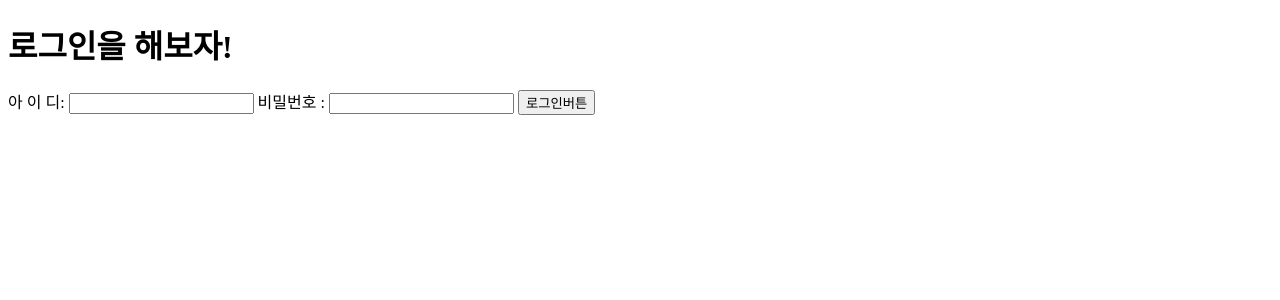
Repository: sejun98/sosobordgameJSP
Page: http://localhost/singup/login_form.jsp
These files come from the project's save history. The page is drawn as it stood at one moment and after the next save; the edit follows.
The browser window is 1280 px wide. The pictures show the whole page.
Some web fonts or font styles are not loaded; a fallback is used. The page is served by Tomcat 9.

Above is the page before, as saved 2022-10-07 06:30:08.

### singup/src/main/webapp/login_form.jsp
<%@ page language="java" contentType="text/html; charset=UTF-8"
    pageEncoding="UTF-8"%>
<%@ page import="java.sql.*" %>
<%@ page import="java.text.*" %>
<%@ page import="java.util.*, java.lang.*"  %>
<!DOCTYPE html>
<html>
<head>
<meta charset="UTF-8">
<title>로그인 폼</title>


</head>
<body>
<h1>로그인을 해보자!</h1>
<%
	String name = (String)session.getAttribute("name");
	if(name == null) {
%>
	<form action="<%= request.getContextPath() %>/login_pro.jsp" method="post">
		아 이 디: <input type="text" name="id">
		비밀번호 : <input type="password" name="pw">
		<input type="submit" value="로그인버튼">
	</form>
<%
	} else {
			%>
		<%= name %>님 로그인 중
		<a href="<% request.getContextPath(); %> logout.jsp">로그아웃</a>
		<%
	}
%>
</body>
</html>

### singup/src/main/webapp/css/style.css
@charset "UTF-8";

header {
	width: 100%;
}

#header_top {
	float: right;
}
#header_top ul li {
	float: left;
	padding: 13px;
	padding-left: 0;
	line-height: 1;
}
#header_top ul li:nth-child(1) a{
	border-right: solid 1px;
	border-color: #E0E0E0;
	margin: 0px;
}
#header_top ul li:nth-child(2) a{
	margin-right: 0;
	border-right: solid 1px;
	border-color: #E0E0E0;
	margin: 0px;
}

#header_top ul li a {
	display: block;
	margin-right: 65px;
	padding-right: 10px;
}
header #logo {
	clear: both;
	text-align: center;
	margin-bottom: 20px;
}
.header_menu {
	width:100%;
	height: 60px;
	border-top: solid 2px;
}
.header_menu ul li {
	float: left;
	margin-left: 13%;
}
.header_menu ul li a {
	display: block;
	padding: 12px 0px 10px 0px;
	font-size: 20px;
	font-family: 'Nanum Gothic', sans-serif;
}
.header_menu ul li .bold:hover {
	font-weight:bold;
}
.header_menu ul li:nth-child(5) {
	float: left;
}
.header_menu_bar{
	width: 75%;
	margin: 0 auto;

}
/*header end //----------------------------*/
/*menu*/
#menu { width: 100%;}
#top {
	background-image: url(../images/top1_03.png);
	width: 107px;height: 133px;
	position: fixed;
	right: 2%; bottom: 50px;
	z-index: 999;
}
#menu #menu_img {
	margin: 0 auto;
	background-image: url(../images/design_in2dex_02_02.jpg);
	background-repeat: no-repeat;
	width: 100%; height: 509px;
	color: white;
}
.menu_box_txt {
	width: 17%;height: 509px;
	float: right;
	margin-right: 12%;
	background-color: #6b6b6b;
	position: relative;
}
.big_img_icon1 {
 background-image: url(../images/design_inde2_03.jpg);
 width: 49px;height: 41px;
 position: absolute;
	left: 38px;top: 55px;
}
.menu_img_txt {
	position: absolute;
	top: 58px; left: 120px;
	font-size: 24px;
	font-weight: 600;
}
.menu_img_txt a {
	color: white;
}
.big_img_icon2 {
	background-image: url(../images/design_inde2_06.jpg);
	position: absolute;
	top: 164px;left: 42px;
	width: 50px;height: 46px;
}
.t2 {
	position: absolute;
	top: 170px; left: 145px;
}
.big_img_icon3 {
	background-image: url(../images/design_inde2_10.jpg);
	position: absolute;
	left: 38px;top: 263px;
	width: 55px;height: 55px;
}
.t3 {
	position: absolute;
	top: 270px; left: 130px;
}
.t4 {
	position: absolute;
	top: 400px;	left: 50px;
	padding: 15px 25px 15px 25px;
	border:  2px solid white;
	border-radius: 20px;
	color: white;
}
#menu .container {
	width: 1200px;
	margin: 0 auto;
}
.img_go {
	width: 100%;
	height: 300px;
	margin: 0 auto;
}
.img_go1 {
	width: 580px; height: 185px;
	background-color: #DDDDDD;
	float: left;
	margin-right: 19px;
	margin-top: 30px;
	text-align: center;
}
.img_go1_blg {
	width: 353px; height: 185px;
	background-color: #DCDCDC;
	position: relative;
	float: left;
}

.img_go1_h3 {
	padding-top: 20px;
	font-size: 28px;
	color: #404040;
}
.h33 {
	position: relative;
	bottom:15px;
	padding: 0;
}
.img_go1:nth-child(2) h3{
	margin-bottom: 10px;
}
.img_go_box {
	padding: 10px 25px 10px 25px;
	border:  2px solid #404040;
	border-radius: 20px;
	width: 150px;
	font-size: 26px;
	position: absolute;
	bottom: 10px;right: 70px;
}
.img_go2 {
	width: 579px; height: 185px;
	background-color: #747474;
	float: right;
	margin-left: 19px;
	margin-top: 30px;
	text-align: center;
}
.img_go_img {
	width: 226px; height: 185px;
	background-image: url(../images/design_index_09.jpg);
	float: left;
}

.b2 {
	background-color: #7C7C7C;
}
.b2 .img_go1_h4 {
	padding-top: 20px;
	font-size: 28px;
	color: white;
}
.img_go1_h44 {
	position: relative;
	bottom:15px;
	font-size: 28px;
	color: white;
}
.img_go_box2 {
	padding: 6px 12px 6px 12px;
	border:  2px solid #fff;
	border-radius: 20px;
	width: 150px;
	font-size: 22px;
	margin-left: 26%;
	color: white;
}
.img_go_img2 {
	width: 226px; height: 185px;
	background-image: url(../images/design_index_11.jpg);
	float: left;
}
/*img_go !------------------*/
.kr_txt_m {
	margin-left: 50%;
	transform: translateX( -50%);
	width: 440px;height: 105px;
	position: relative;
}
#kr {
	width: 100%;height: 665px;
}
.kr_txt {
	font-size: 36px;
	color: #404040;
	line-height: 40px;
}
.kr_txt2 {
	font-size: 47px;
	position: absolute;
	bottom: 0;
	color: #404040;
}
.kr_box1 {
	width: 482px; height: 261px;
	background-color: #d7e093;
	float: left;
	font-size: 28px;
	position: relative;
	text-align: center;
}
.kr_box1_b {
	margin-top: 30px;
	width: 257px; height: 90px;
	float: left;
	position: relative;
}

.kr_box1 a p{
	position: absolute;
	bottom: 10px; left: 75px;
}
.kr_box1 a{
	color: #2C2C2C;
}
.kr_box2 a{
	color: #2C2C2C;
}
.kr_box3 a{
	color: #2C2C2C;
}
.kr_box1_img {
	background-image: url(../images/design_index_16.jpg);
	width: 155px; height: 220px;
	margin: 20px 35px 20px 35px;
	float: right;
}
.kr_box1 p{
line-height: 1;
}
.bang {
	font-size: 62px;
	font-weight: bold;
}
.kr_box2 {
	width: 718px;height: 522px;
	background-color:#dc8c90;
	float: right;
	font-size: 28px;
}
.kr_box2_b {
	margin-top: 60px;
	width: 206px; height: 400px;
	text-align: center;
	position: relative;
	padding-right: 20px;
	border-right:solid 1px black;
	float: left;
}
.kr_box2 p{

	position: absolute;
	top: 32px;left: 24px;
}
.jenga {
	margin-top: 130px;
	position: relative;
	/* bottom: 410px;  */
	left: 40px;
	float: left;
	font-size: 63px;
}
.kr_box2_img {
	background-image: url(../images/design_genga.png);
	background-size:contain;
	float: right;
	margin-top: 150px; margin-right: 30px;
	width: 350px; height: 350px;
}
.kr_box3 {
	width: 482px; height: 261px;
	background-color:  #c0cbef;
	float: left;
	font-size: 28px;
	text-align: center;
}
.kr_box3_b {
	margin-top: 30px;
	width: 257px; height: 90px;
	float: left;
	position: relative;
	float: left;
}
.kr_box3_b p {
	line-height: 1;
}
.kr_box3 a p {
	position: absolute;
	bottom: 10px; left: 75px;
}
.kr_box3_img {
	background-image: url(../images/design_index_23.jpg);
	width: 166px; height: 224px;
	margin: 18px 23px 18px 35px;
	float: right;
}
.rume {
	font-size: 41px;
	font-weight: bold;
	width: 257px; height: 80px;
	margin-top: 30px;
	float: left;
}
/**kr emd-----------------------------**/
#md_bar {
	background-image: url(../images/img/design_index_16_27_02.jpg);
	background-repeat: no-repeat;
	background-size: 100%;
	width: 100%; height: 356px;
	color: #e9e9e9;
	position: relative;
	margin-bottom: 60px;
}
.md_bar_txt {
	padding-top: 114px;
	text-align: center;
	font-size: 44px;
}
.soso {
	font-size: 25px;
	position: relative;
}
.soso_title_wja {
	background-image: url(../images/design_inde12321321x_03.jpg);
	width: 4px;height: 4px;
	position: absolute;
	top: -8px;right: 17px;
}
.soso_title_wja2 {
	background-image: url(../images/design_inde12321321x_03.jpg);
	width: 4px;height: 4px;
	position: absolute;
	top: -8px;right: 40px;
}
.md_bar_txt2 {
	text-align: center;
	font-size: 57px;
	margin-top: -30px;
}
/**md bar end-------**/
.off_box {
	width: 1200px; height: 780px;
}
.off_box ul li {
		color:#e9e9e9;
		font-size: 30px;
}
.off_box ul li:nth-child(1) div{
	font-size: 50px;
}
.off_box1 {
	background-image: url(../images/img/design_index_16_30.jpg);
	width: 700px; height: 415px;
	float: left;
	margin-right: 10px;
	margin-top: 1px;
	position: relative;
}
.off_box1 div {
	position: absolute;
	top: 20px;left: 40px;
}
.off_box2 {
	background-image: url(../images/img/design_index_16_33.jpg);
	width: 490px;height: 289px;
	float: right;
	margin-top: 117px;
	margin-bottom: 10px;
	position: relative;
}
.off_box2 div {
	position: absolute;
	top: 15px;left: 27px;
}
.off_box3 {
	background-image: url(../images/img/design_index_16_38.jpg);
	width: 221px;height: 260px;
	float: left;/**Pizza**/
	margin-top: 20px;
	position: relative;
}
.off_box3 div {
	position: absolute;
	top: 15px;left: 27px;
}
.off_box4 {
	background-image: url(../images/img/design_index_16_40.jpg);
	width: 442px;height: 260px;
	float: left;
	margin-top: 20px;
	margin-left: 18px;
	position: relative;
}
.off_box4 div {
	position: absolute;
	top: 15px;left: 27px;
}
.off_box5 {
	background-image: url(../images/img/design_index_16_37.jpg);
	width: 500px;height: 280px;
	float: right;
	position: relative;
}
.off_box5 div {
	position: absolute;
	top: 15px;left: 27px;
}
/**/
.newbord_title {
	font-size: 48px;
	text-align: center;
	position: relative;
}
.newbord_title_wja{
	background-image: url(../images/img/design_index_03.jpg);
	width: 4px;height: 4px;
	background-repeat: no-repeat;
	position: absolute;
	top: 18px;left:481px;
}
.newbord_title_wja2{
	background-image: url(../images/img/design_index_03.jpg);
	width: 4px;height: 4px;
	background-repeat: no-repeat;
	position: absolute;
	top: 18px;left:517px;
}
.newbord_title2 {
	font-size: 32px;
}
.newbord {
	width: 100%; height: 660px;
	background-color: #e1e1e1;
	float: left;
}
.newbord_intitle {
	font-size: 30px;
	text-align: center;
	margin-top: 15px;
}
.newbord_intitle p {
	margin-top: -15px;
	margin-bottom: 50px;
}
/*boxboxboxbox*/
.newebord_box1 {
	width: 206px; height: 327px;
	background-color: white;
	margin-left: 10.4%;
	float: left;
}
.newebord_box1:nth-child(1) {
	margin-left: 0%;
}
.newebord_box1:nth-child(4) {
	float: right;
}
.newbord_box_m {
	width: 1200px; height: 400px;
	margin: 0 auto;
}
.newbord_box1_txt {
	margin-top: 5px;
	margin-bottom: 30px;
	font-size: 17px;
	text-align: center;
	font-weight: 500;
}
.newbord_box1_img2 {
	background-image: url(../images/img/design_index_16_60.jpg);
	width: 49px; height: 45px;
	margin-left: 30px;
	float: left;
	margin-right: 20px;
}
.newbord_box1_p {
	font-size: 16px;
	margin-top: -3px;
	font-weight: bold;
}
.p2 {
	font-size: 13px;
	color: #8d8d8d;
	margin-top: 0;
	text-decoration: line-through;
}
.newbord ul li:nth-child(2) img{
	margin-left: 30px;
}
.newbord_box1_txt p{
	margin-top: -7px;
}
.regular_box_kr{
	width: 220px;
	height: 380px;
	background-color: white;
}
.boxtxt2 {
	margin-bottom: 10px;
}
.newbord ul li:nth-child(2) .newbord_box1_txt {
	margin-bottom: 5px;
}
/*newbord end----------------------------------*/

.down_box {
	width: 100%;
	height: 296px;
	background-color: #CDFFC3;
	float: left;
}
.down_box_img {
	background-image: url(../images/User_dow.jpg);
	background-repeat: no-repeat;
	width: 50%;height: 300px;
	float: left;
}
.down_box_txt {
	color: white;
	font-size: 35px;
	text-align: center;
	margin-top: 60px;
	position: relative;
}
.down_soso {
	font-size: 20px;
}
.down_soso span:before {
	content: "•";
	color: #dc3434;
	font-size: 1em;
	position: relative;
	left: 19px;
	top: -20px;
}
.down_sosos{
	font-size: 20px;
}
.down_sosos span:before {
	content: "•";
	color: #f7f549;
	font-size: 1em;
	position: relative;
	left: 19px;
	top: -20px;
}
.down_soso_img {
	background-image: url(../images/design_inde22x_08.jpg);
	width: 4px;height: 4px;
	position: absolute;
	left: 313px; top: 15px;
}
.down_soso_img2 {
	background-image: url(../images/design_inde22x_08.jpg);
	width: 4px;height: 4px;
	position: absolute;
	left: 333px; top: 15px;
}
.down_box_txt p {
	margin-top: -25px;
	font-size: 45px;
}
.down_box_txt .pp2{
	line-height: 46px;
	font-size: 20px;
}
.search {
	width: 421px;
	position: relative;
	margin-left: 50%;
	transform: translateX(-50%);
}
.inputbox {
	float: left;
	font-size: 18px;
	color: #ebebeb;
	padding-left: 10px;
	background-color: rgba(255,255,255,0);
	border: solid 5px #ebebeb;
	width: 421px; height: 46px;
	margin-top: 10px;


}
.search .inputbox_button{
	position: absolute;
	top: 20px;right: -13px;
	background-color: transparent;
}



.down_title {
	margin-top: 20px;
	width: 200px; height: 50px;
	background-color: #fff;
	border-radius: 50px;
	margin-left: 50%;
	transform: translateX(-50%);
	color: #000;
	font-size: 20px;
	font-weight: bold;
	line-height: 50px;

}
.down_title:hover {
	background-color: #646464;
	color: #F0F0F0
}
/*footer start*/
.footer_box {
	width: 100%; height: 218px;
	background-color: #262626;
	clear: both;
	color: #bfbfbf;
}
.footer_title {
	padding-top: 10px;
	font-size: 35px;
	text-align: center;
	margin-top: 60px;
	position: relative;
}
.footer_title span {
	font-size: 20px;
}
.footer_txt {
	font-size: 14px;
	text-align: center;
	line-height: 25px;
}
.footer_title_wja {
	background-image: url(../images/design_indexdd_03.jpg);
	width: 4px;height: 4px;
	background-repeat: no-repeat;
	float: left;
	position: absolute;
	top: -8px;right: 13px;
}
.footer_title_wja2 {
	background-image: url(../images/design_indexdd_03.jpg);
	width: 4px;height: 4px;
	background-repeat: no-repeat;
	float: left;
	position: absolute;
	top: -8px;right: 32px;
}

#susu {
	position: relative;
}

#rjatk {
	float: left;
}

/*Slick*/
 .slider {
        width: 50%;
        margin: 0 auto;
    }

    .slick-slide {
      margin: 0px 20px;
    }

    .slick-slide img {
      width: 90%;
      margin: 0 auto;
      padding-top: 5%;
    }

    .slick-prev:before,
    .slick-next:before {
      color: black;
    }


    .slick-slide {
      transition: all ease-in-out .3s;
      opacity: 1;
    }

    .slick-active {
      opacity: 1;
    }

    .slick-current {
      opacity: 1;
    }
    /*slick*/

### singup/src/main/webapp/css/reset.css
*{
 margin:0;
 padding:0;
 border:none;
 	list-style:none;
	text-decoration: none;
	font-family: 'Nanum Gothic', sans-serif;
	font-family: noto,notojp,notokr,Helvetica
	,Microsoft YaHei,Apple SD Gothic Neo,Malgun Gothic,
	"\B9D1\C740 \ACE0\B515",Dotum,\\B3CB\C6C0,sans-serif;
}

/*여백초기화*/
body, div, dl, dd, dt, ul, li, ol, h1, h2, h3, h4, h5, h6, form, legend, textarea, select, fieldset, p, button {margin: 0; padding: 0;}

/*링크 초기화 */
a { color: #273743; text-decoration: none; }
a:hover { color: #000000; }

/*폰트초기화 */
body, input, textarea, select, button, table {line-height: 1.7} /*나눔고딕은 크로스브라우져에 가장 적합 */

/*h태그 초기화 */
h1, h2, h3, h4, h5, h6 { font-size: 12px; font-weight: normal; }

/*목록태그 초기화*/
li, ol, ul {list-style: none;}

/*ir*/

.ir { width: 0; height: 0; font-size: 0; line-height: 0; overflow: hidden; position: absolute; left: 0; top: 0; }
.cursor {
	cursor:pointer;
}
.down_title:hover {
	background-color: #646464;
	color: #F0F0F0
}

### singup/src/main/webapp/css/slick.css
/* Slider */
.slick-slider
{
    position: relative;

    display: block;
    box-sizing: border-box;
}

.slick-list
{
    position: relative;

    display: block;
    overflow: hidden;

    margin: 0;
    padding: 0;
}
.slick-list:focus
{
    outline: none;
}
.slick-list.dragging
{
    cursor: pointer;
}

.slick-slider .slick-track,
.slick-slider .slick-list
{

}

.slick-track
{
    position: relative;
    top: 0;
    left: 0;

    display: block;
    margin-left: auto;
    margin-right: auto;
}
.slick-track:before,
.slick-track:after
{
    display: table;

    content: '';
}
.slick-track:after
{
    clear: both;
}
.slick-loading .slick-track
{
    visibility: hidden;
}

.slick-slide
{
    display: none;
    float: left;

    height: 100%;
    min-height: 1px;
}
[dir='rtl'] .slick-slide
{
    float: right;
}
.slick-slide img
{
    display: block;
}
.slick-slide.slick-loading img
{
    display: none;
}
.slick-initialized .slick-slide
{
    display: block;
}
.slick-loading .slick-slide
{
    visibility: hidden;
}
.slick-vertical .slick-slide
{
    display: block;

    height: auto;

    border: 1px solid transparent;
}
.slick-arrow.slick-hidden {
    display: none;
}

### singup/src/main/webapp/css/slick-theme.css
/* Slider */
.slick-loading .slick-list
{
    background: #fff url('./ajax-loader.gif') center center no-repeat;
}

/* Icons */
@font-face
{
    font-family: 'slick';
    font-weight: normal;
    font-style: normal;

    src: url('./fonts/slick.eot');
    src: url('./fonts/slick.eot?#iefix') format('embedded-opentype'), url('./fonts/slick.woff') format('woff'), url('./fonts/slick.ttf') format('truetype'), url('./fonts/slick.svg#slick') format('svg');
}
/* Arrows */
.slick-prev,
.slick-next
{
    font-size: 0;
    line-height: 0;

    position: absolute;
    top: 50%;

    display: block;

    width: 20px;
    height: 20px;
    padding: 0;

    transform: translate(0, -50%);

    cursor: pointer;

    color: transparent;
    border: none;
    outline: none;
    background: transparent;
}
.slick-prev:hover,
.slick-prev:focus,
.slick-next:hover,
.slick-next:focus
{
    color: transparent;
    outline: none;
    background: transparent;
}
.slick-prev:hover:before,
.slick-prev:focus:before,
.slick-next:hover:before,
.slick-next:focus:before
{
    opacity: 1;
}
.slick-prev.slick-disabled:before,
.slick-next.slick-disabled:before
{
    opacity: .25;
}

.slick-prev:before,
.slick-next:before
{
    font-family: 'slick';
    font-size: 40px;
    line-height: 1;

    opacity: .75;
    color: white;


}

.slick-prev
{
    left: -25px;
}
[dir='rtl'] .slick-prev
{
    right: -25px;
    left: auto;
}
.slick-prev:before
{
    content: '←';
}
[dir='rtl'] .slick-prev:before
{
    content: '→';
}

.slick-next
{
    right: -25px;
}
[dir='rtl'] .slick-next
{
    right: auto;
    left: -25px;
}
.slick-next:before
{
    content: '→';
}
[dir='rtl'] .slick-next:before
{
    content: '←';
}

/* Dots */
.slick-dotted.slick-slider
{
    margin-bottom: 30px;
}

.slick-dots
{
    position: absolute;
    bottom: -25px;

    display: block;

    width: 100%;
    padding: 0;
    margin: 0;

    list-style: none;

    text-align: center;
}
.slick-dots li
{
    position: relative;

    display: inline-block;

    width: 20px;
    height: 20px;
    margin: 0 5px;
    padding: 0;

    cursor: pointer;
}
.slick-dots li button
{
    font-size: 0;
    line-height: 0;

    display: block;

    width: 20px;
    height: 20px;
    padding: 5px;

    cursor: pointer;

    color: transparent;
    border: 0;
    outline: none;
    background: transparent;
}
.slick-dots li button:hover,
.slick-dots li button:focus
{
    outline: none;
}
.slick-dots li button:hover:before,
.slick-dots li button:focus:before
{
    opacity: 1;
}
.slick-dots li button:before
{
    font-family: 'slick';
    font-size: 6px;
    line-height: 20px;

    position: absolute;
    top: 0;
    left: 0;

    width: 20px;
    height: 20px;

    content: '•';
    text-align: center;

    opacity: .25;
    color: black;

}
.slick-dots li.slick-active button:before
{
    opacity: .75;
    color: black;
}

After the next save:
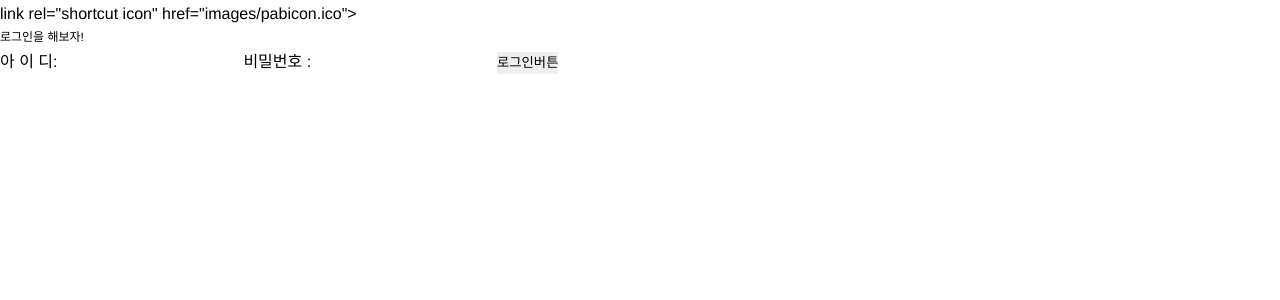
Saved 17 min 46 s later.
--- a/singup/src/main/webapp/login_form.jsp
+++ b/singup/src/main/webapp/login_form.jsp
@@ -8,6 +8,13 @@
 <head>
 <meta charset="UTF-8">
 <title>로그인 폼</title>
+link rel="shortcut icon" href="images/pabicon.ico">
+	<link rel="stylesheet" href="css/style.css">
+	<link rel="stylesheet" href="css/reset.css">
+	<link href="https://fonts.googleapis.com/css?family=Nanum+Gothic" rel="stylesheet">
+	 <link rel="stylesheet" type="text/css" href="css/slick.css">
+  <link rel="stylesheet" type="text/css" href="css/slick-theme.css">
+  <link href="https://fonts.googleapis.com/css?family=Poor+Story" rel="stylesheet">
 
 
 </head>
